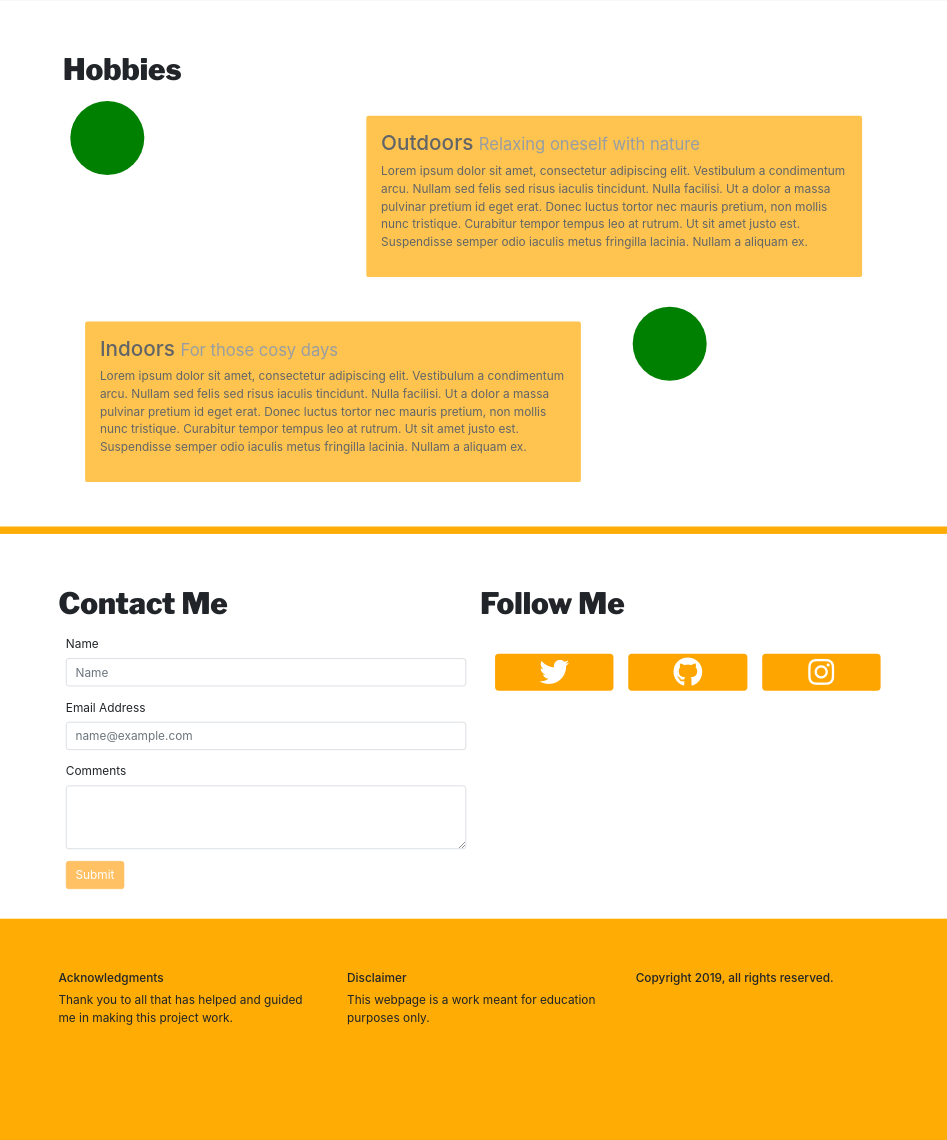
Repository: muhdarifrawi/resume-project
Page: index.html
The author's editor kept a record of every edit. The page is drawn from the files as they stood at one moment, then again after the next edit.
The browser window is 1280 px wide. The pictures show the part of the page from y = 2564 to 4250 px (the page is 4105 px tall before and 4250 px after), at 74% of full size.
Some web libraries are served in a nearby version.

Above is the page before.

After the next edit:
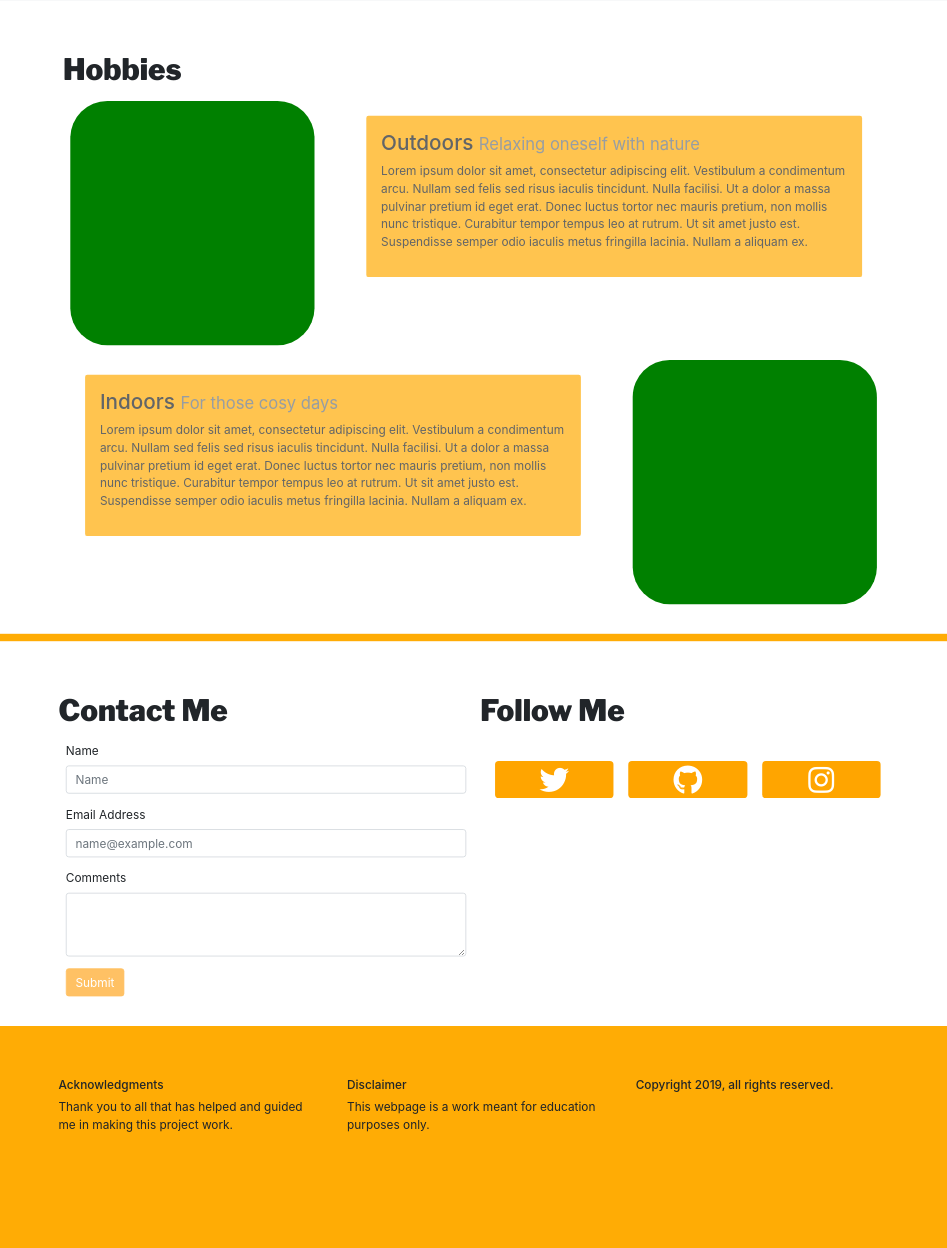
The edit:
--- a/style.css
+++ b/style.css
@@ -307,8 +307,8 @@
 }
 
 .thumb{
-    height:100px;
-    width:100px;
+    height:330px;
+    width:330px;
     background-color:green;
     border-radius:50px;
 }
